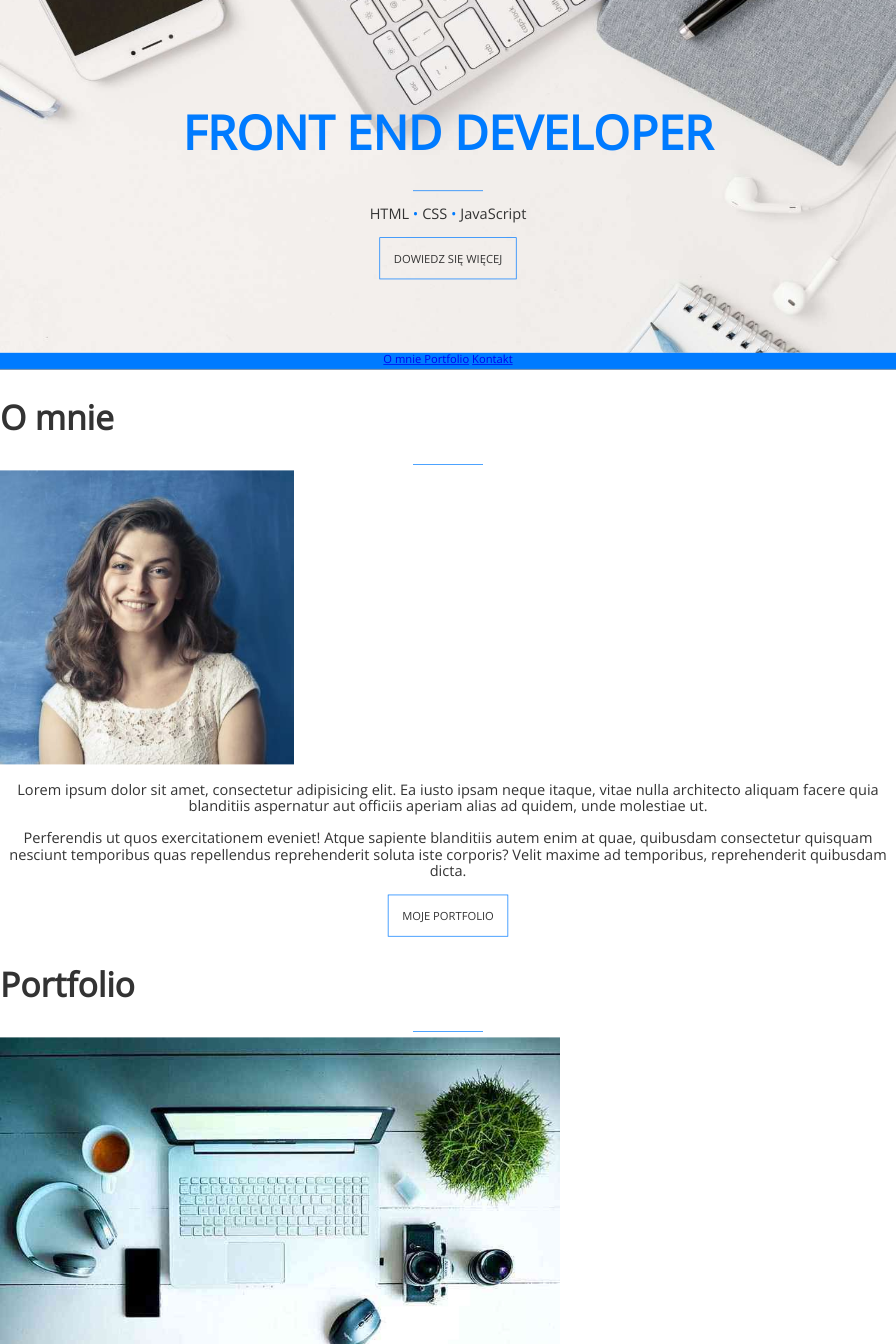
Repository: magdaf41/CSS
Page: zadanie_9/index.html
These files come from the project's save history. The page is drawn as it stood at one moment and after the next save; the edit follows.
The browser window is 1280 px wide. The pictures show the part of the page from y = 0 to 1920 px (the page is 7860 px tall before and 8051 px after), at 70% of full size.

Above is the page before, as saved 2020-08-25 21:28:54.

### zadanie_9/index.html
<!DOCTYPE html>
<html lang="pl">

<head>
    <meta charset="UTF-8">
    <meta name="viewport" content="width=device-width, initial-scale=1.0">
    <title>Portfolio</title>
    <link rel="stylesheet" href="css/normalize.css">

    <link rel="stylesheet" href="https://cdnjs.cloudflare.com/ajax/libs/font-awesome/4.7.0/css/font-awesome.min.css">

    <link href="https://fonts.googleapis.com/css2?family=Open+Sans:wght@300;400&display=swap" rel="stylesheet">

    <link rel="stylesheet" href="css/style.css">
</head>

<body>

    <header id="main-header">
        <div class="header-content">
        <h1>Front end developer</h1>
        <hr>
        <p>HTML <span>&bull;</span> CSS <span>&bull;</span> JavaScript </p>
        <button class="button">Dowiedz się więcej</button>
    </div>
    </header>

    <nav>
        <ul>
            <li class="about"><a href="#about">O mnie </a> </li>
            <li class="portfolio"><a href="#portfolio">Portfolio</a></li>
            <li id="contact"><a href="#contact">Kontakt</a></li>
        </ul>
    </nav>

    <section id="about">
        <h2 class="title">O mnie</h2>
        <hr>
        <img src="img/about.jpg" alt="moje_zdjęcie">
        <p>Lorem ipsum dolor sit amet, consectetur adipisicing elit. Ea iusto ipsam neque itaque, vitae nulla architecto
            aliquam facere quia blanditiis aspernatur aut officiis aperiam alias ad quidem, unde molestiae ut.</p>
        <p>Perferendis ut quos exercitationem eveniet! Atque sapiente blanditiis autem enim at quae, quibusdam
            consectetur quisquam nesciunt temporibus quas repellendus reprehenderit soluta iste corporis? Velit maxime
            ad temporibus, reprehenderit quibusdam dicta.</p>
        <button class="button">Moje portfolio</button>

    </section>

    <section id="portfolio">
        <h2 class="title">Portfolio</h2>
        <hr>
        <img src="img/portfolio/photo-1.jpg" alt="photo-1">
        <img src="img/portfolio/photo-2.jpg" alt="photo-2">
        <img src="img/portfolio/photo-3.jpg" alt="photo-3">
        <img src="img/portfolio/photo-4.jpg" alt="photo-4">
        <img src="img/portfolio/photo-5.jpg" alt="photo-5">
        <img src="img/portfolio/photo-6.jpg" alt="photo-6">
        <img src="img/portfolio/photo-7.jpg" alt="photo-7">
        <img src="img/portfolio/photo-8.jpg" alt="photo-8">
        <img src="img/portfolio/photo-9.jpg" alt="photo-9">
        <img src="img/portfolio/photo-10.jpg" alt="photo-10">
        <img src="img/portfolio/photo-11.jpg" alt="photo-11">
        <img src="img/portfolio/photo-12.jpg" alt="photo-12">
    </section>

    <section id="contact"></section>
    <h2 class="title">Kontakt</h2>
    <hr>
    <form class="form">
        <input type="text" name="name" id="name" placeholder="Imię">
        <input type="email" name="email" id="email" placeholder="Email">
        <textarea name="message" id="message" placeholder="Wiadomość"></textarea>
        <button type="submit" class="button">Wyślij wiadomość</button>
    </form>

    <a href="#" class="fa fa-facebook"></a>
    <a href="#" class="fa fa-twitter"></a>

    <footer>
        <p>Copyright&copy; Magdalena Falkowska-Legieć
        <p></p>
    </footer>

</body>

</html>

### zadanie_9/css/style.css
* {
    box-sizing: border-box;
}

body {
    font-family: 'Open Sans', sans-serif;
}

/* Header style */

#main-header {
    height: 70vh;
    background-image: url(../img/header.jpg);
    background-size: cover;
    background-position: center;
    background-repeat: no-repeat;
    display: flex;
    align-items: center;
    justify-content: center;
}

hr {
    background-color: #007bff;
    width: 100px;
    height: 1px;
    border: none;
    padding: 0%;
}

h1 {
    font-size: 4.2em;
    color: #007bff;
    text-transform: uppercase;
}

p {
    font-size: 1.3em;
    text-align: center;
    color: #333;
}

span {
    color: #007bff;
}

.button {
    text-transform: uppercase;
    color: #333;
    border: 1px solid #007bff;
    padding: 20px;
    margin: auto;
    display: block;
    background-color: transparent;
}

#header {
    color: #333;
}

/* nav */
nav {
    background-color: #007bff ;
    justify-content: space-around;
}
ul, ul li {
	display: block;
	list-style: none;
	margin: 0;
    padding: 0;
}

ul {
	text-align: center;
	border-bottom: 1px solid #888;
    padding-bottom: 5px;


}

ul li {
    display: inline;


}
.skills {
    font-size: 1.3em;
}

.menu {
    font-size: 1.9em;
}

.title {
    font-size: 3em;
    color: #333;
}

Loaded but not shown: zadanie_9/css/normalize.css (library)

After the next save:
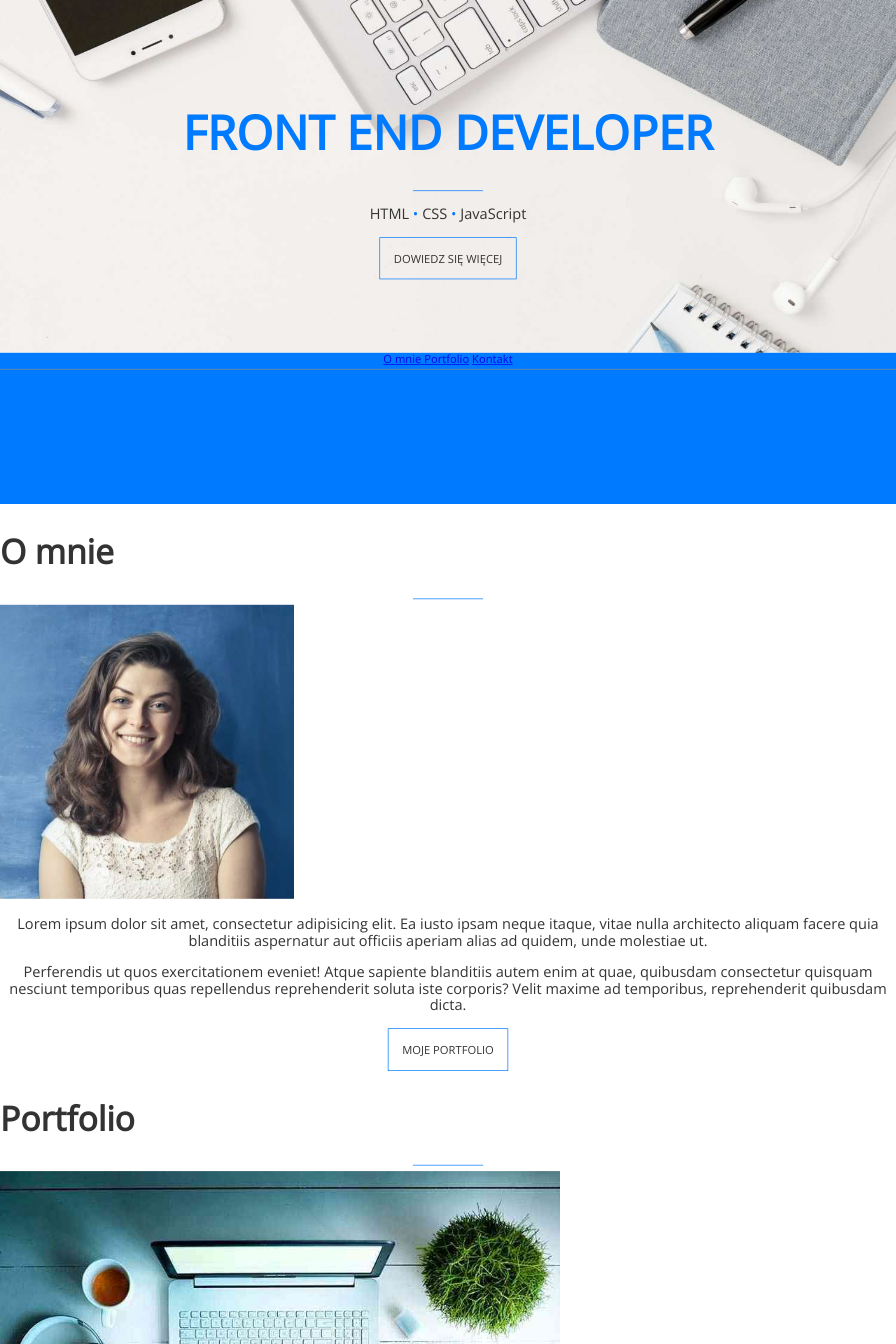
Saved 29 s later.
--- a/zadanie_9/css/style.css
+++ b/zadanie_9/css/style.css
@@ -60,7 +60,7 @@ span {
 /* nav */
 nav {
     background-color: #007bff ;
-    justify-content: space-around;
+    height: 30vh;
 }
 ul, ul li {
 	display: block;
